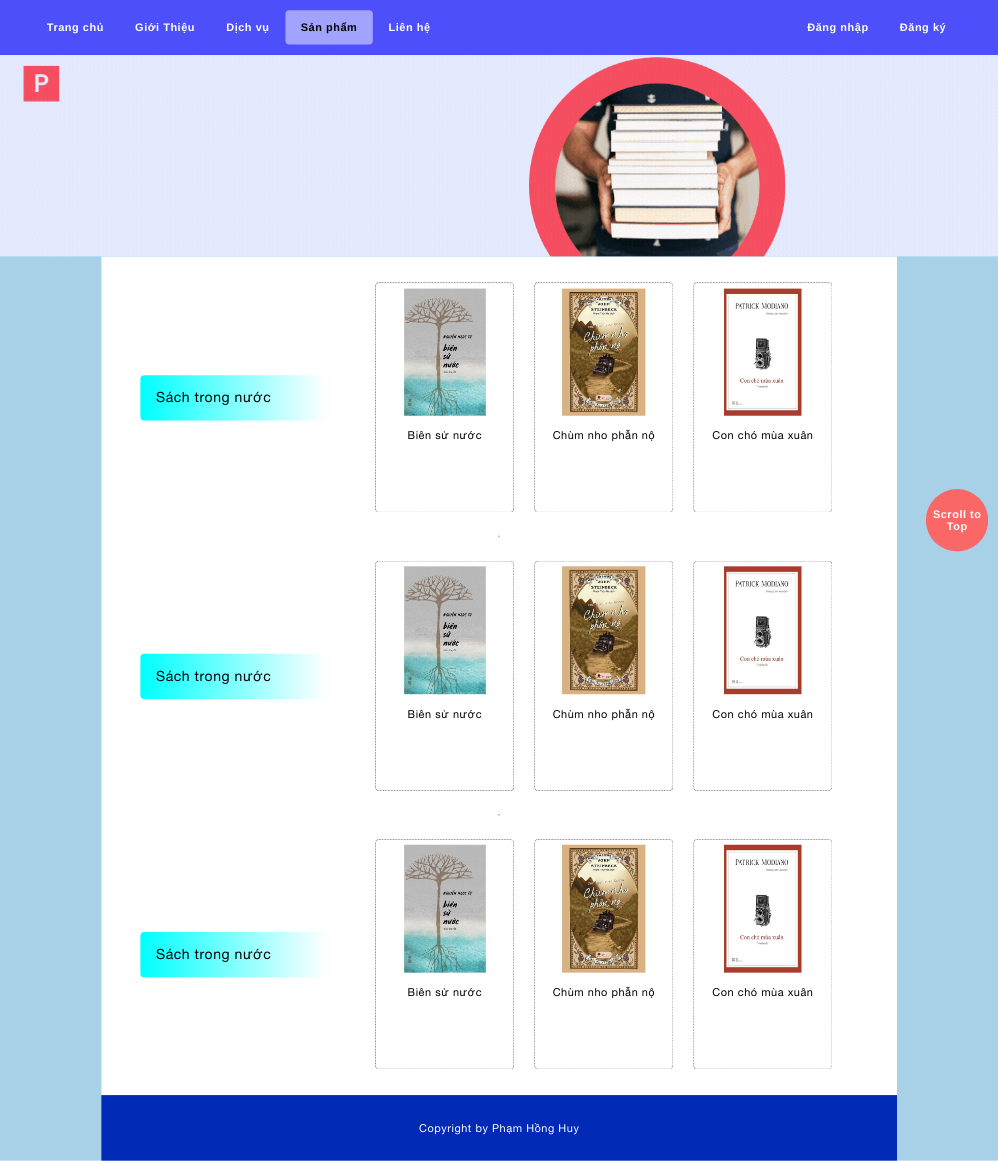
Repository: phamhonghuy/bookstore
Page: product.html
These files come from the project's save history. The page is drawn as it stood at one moment and after a run of saves; the edit follows.
The browser window is 1280 px wide. The pictures show the whole page, at 78% of full size.

Above is the page before, as saved 2021-10-14 23:26:38.

### product.html
<!DOCTYPE html>
<html lang="en">
<head>
    <meta charset="UTF-8">
    <title> Bookshop: Buy books online. Support local bookstores.</title>
    <link rel="stylesheet" href="css/style.css" type="text/css" />
    <link rel="shortcut icon" href="./image/Logo.png" />
</head>


<div class="navbar">
  <ul>
    <li><a href="./index.html">Trang chủ</a></li>
    <li><a href="./about.html">Giới Thiệu</a>
          <ul class="GT">
            <li><a href="#">Chính sách</a></li>
            <li><a href="#">Mua hàng</a></li>
            <li><a href="#">Thanh toán</a>
            </li>
          </ul>
    </li>
    <li><a href="./services.html">Dịch vụ</a>
        <ul class="GT">
        <li><a href="#">Đọc Online</a></li>
        <li><a href="#">Tư liệu</a></li>
        </li>
        </ul>
    </li>
    <li><a class="active" href="./product.html">Sản phẩm</a>
        <ul class="GT">
        <li><a href="#">Sách trong nước</a></li>
        <li><a href="#">Sách nước ngoài</a></li>
        <li><a href="#">Sách số</a>
        </li>
        </ul>
    </li>
    <li><a href="./contact.html">Liên hệ</a></li>
  </ul>
  <div class ="login">
      <ul>
        <li><a href="./login.html">Đăng nhập</a></li>
        <li><a href="./signup.html"> Đăng ký</a></li>
      </ul>
  </div>
</div>
  <div class="header">
    <h1></h1>

  </div>


  <div class="row">
  <div class="main-product-container">
    <div class="product-container">
      <div class="product-title"><p class="ebook-title-text">Sách trong nước</p></div>
      <div class="product-item">
        <div class="item">
          <a href="./item1.html"> <img src="./image/book1.jpg" alt="item1"></a>
          <p>Biên sử nước</p>
          <form>
            <button name="buy_button" type="submit" onclick="alert('Bấm vào bìa sách để xem chi tiết')" value="1">Tìm hiểu thêm</button>
          </form>
        </div>
        <div class="item">
          <a href="./item2.html"> <img src="./image/book2.jpg" alt="item1"></a>
          <p>Chùm nho phẫn nộ</p>
          <form>
            <button name="buy_button" type="submit" onclick="alert('Bấm vào bìa sách để xem chi tiết')" value="1">Tìm hiểu thêm</button>
          </form>
        </div>
        <div class="item">
          <a href="./item3.html"> <img src="./image/book3.jpg" alt="item1"></a>
          <p>Con chó mùa xuân</p>
          <form>
            <button name="buy_button" type="submit" onclick="alert('Bấm vào bìa sách để xem chi tiết')" value="1">Tìm hiểu thêm</button>
          </form>
        </div>
      </div>
    </div>
    <hr>
    <div class="product-container">
      <div class="product-title"><p class="ebook-title-text">Sách trong nước</p></div>
      <div class="product-item">
        <div class="item">
          <a href="./item1.html"> <img src="./image/book1.jpg" alt="item1"></a>
          <p>Biên sử nước</p>
          <form>
            <button name="buy_button" type="submit" onclick="alert('Bấm vào bìa sách để xem chi tiết')" value="1">Tìm hiểu thêm</button>
          </form>
        </div>
        <div class="item">
          <a href="./item2.html"> <img src="./image/book2.jpg" alt="item1"></a>
          <p>Chùm nho phẫn nộ</p>
          <form>
            <button name="buy_button" type="submit" onclick="alert('Bấm vào bìa sách để xem chi tiết')" value="1">Tìm hiểu thêm</button>
          </form>
        </div>
        <div class="item">
          <a href="./item3.html"> <img src="./image/book3.jpg" alt="item1"></a>
          <p>Con chó mùa xuân</p>
          <form>
            <button name="buy_button" type="submit" onclick="alert('Bấm vào bìa sách để xem chi tiết')" value="1">Tìm hiểu thêm</button>
          </form>
        </div>
      </div>
    </div>
    <hr>
    <div class="product-container">
      <div class="product-title"><p class="ebook-title-text">Sách trong nước</p></div>
      <div class="product-item">
        <div class="item">
          <a href="./item1.html"> <img src="./image/book1.jpg" alt="item1"></a>
          <p>Biên sử nước</p>
          <form>
            <button name="buy_button" type="submit" onclick="alert('Bấm vào bìa sách để xem chi tiết')" value="1">Tìm hiểu thêm</button>
          </form>
        </div>
        <div class="item">
          <a href="./item2.html"> <img src="./image/book2.jpg" alt="item1"></a>
          <p>Chùm nho phẫn nộ</p>
          <form>
            <button name="buy_button" type="submit" onclick="alert('Bấm vào bìa sách để xem chi tiết')" value="1">Tìm hiểu thêm</button>
          </form>
        </div>
        <div class="item">
          <a href="./item3.html"> <img src="./image/book3.jpg" alt="item1"></a>
          <p>Con chó mùa xuân</p>
          <form>
            <button name="buy_button" type="submit" onclick="alert('Bấm vào bìa sách để xem chi tiết')" value="1">Tìm hiểu thêm</button>
          </form>
        </div>
      </div>
    </div>

    <button onclick='window.scrollTo({top: 0, behavior: "smooth"});' class="scrollTotop">Scroll to Top</button>

  </div>

  <div class="footer">
    <p>Copyright by Phạm Hồng Huy</p>
  </div>

</html>

### css/style.css
html {
  scroll-behavior: smooth;
}
* {
    box-sizing: border-box;
    font-family: Helvetica;
    letter-spacing: 0.7px;
    font-size: 14px;
  }
  @font-face {
    font-family:Helvetica;
    src: url(/font/helveticaneue.ttf);
}


body {
    font-family:inherit;
    margin: auto;
    font-size: 1em;
    min-width: 1200px;
    background-color: #A8D0E6;

  }

.header {
    text-align: center;
    height: 25vmax;
    background: #42c9ff;
    color: white;
    background-image: url(../image/Banner.gif);
    background-repeat: no-repeat;
    background-size:cover;
    min-width: 900px;
    width: 100%;
  }

.navbar {
    display: flex;
    background-color: rgb(76, 79, 250);
    position:fixed;
    top: 0;
    width: 100%;
    height: 70px;
    align-items: center;
    z-index: 5;
  }
.navbar .active {
    background-color: rgb(161, 163, 255);
    color:#000;
    border-radius: 5px;
  }
.navbar div.login {
    display: flex;
    background-color: rgb(76, 79, 250);
    position:fixed;
    width: 300px;
    align-items: center;
    float: right;
    right: 5px;
  }

.navbar ul li a {
    color: white;
    padding: 14px 20px;
    text-decoration: none;
    text-align: center;
    font-weight: bold

  }
.navbar ul li ul li a {
    color: white;
    text-decoration: none;
    text-align: center;

  }
.navbar ul {
  display: flex;
  list-style-type: none;
  }

.navbar ul li:hover> ul {
  display: flex;
  visibility: visible;
  position: absolute;
  z-index: 3;
  overflow: hidden;
  animation: menuNar_Hover 0.5s;
  }
  @keyframes menuNar_Hover {
    from {background-color: #cfdef6; opacity: 0%;height: 0px;}
    to {background-color: #8fa5ff; opacity: 100%; height:150px;}
  }
.navbar ul a:hover {
    background:#c0cdff;
    color: #000;
    border-radius: 5px;
    animation-name: Navbar_Hover;
    animation-duration: 1.5s;

  }

  @keyframes Navbar_Hover {
    from {background-color: rgb(76, 79, 250);}
    to {background-color: #c0cdff;}
  }
  .navbar ul a:active {
    background-color: #c0cdff;
    color: #000;
    border-radius: 5px;

  }


.navbar ul li ul {
  display: flex;
  visibility: hidden;
  position: absolute;
  background:#8fa5ff;
  color: white;
  display: flex;
  flex-direction: column;
  top:60px;
  border-radius: 5px;
  list-style-type: none;
  padding-inline-start: 0px;
  height: 150px;
  margin:-5px auto;
  }

.navbar ul li ul li{
  margin: 15px;
  border-radius: 5px;
  }


.row {
    display: flex;
    flex-wrap: wrap;
    /* width: 90vmax; */
    margin: 0 130px 0;
    min-width: 900px;
  }

.side {
    flex: 30%;
    background-color: #f1f1f1;
    padding: 20px 0;
    z-index: 2;

  }
.side ul {
  list-style-type:none;
  width: 253px;
  }
.side li {
  list-style-type:none;
  }
.side li:hover> ul {
  opacity: 1;
  visibility: visible;
  animation: menuSide_Hover 0.5s linear;
  width: 230px;

  }
.side li:hover {
  background-color: #8fa5ff;
  animation-name: Side_Hover;
  animation-duration: 1.5s;
}

@keyframes menuSide_Hover {
  from {background-color: #cfdef6; opacity: 0%;width: 150px; }
  50% {width: 200px !important;}
  to {background-color: #8fa5ff; opacity: 100%; width: 230px;}
}
@keyframes Side_Hover {
  from {background-color: #cfdef6; color:#000;}
  to {background-color: #8fa5ff; color: #fff;}
}


.side ul li {
    padding: 10px;
    border-radius: 5px;
  }

.side ul ul {
  list-style-type:none;
  opacity: 0;
  visibility: hidden;
  position: absolute;
  left: 378px;
  margin: -26px 0 0 5px;
  padding-inline-start: 0;
  border-radius: 5px;
  overflow: hidden;
  text-overflow: ellipsis;
  }
.side ul ul li {
  background-color: #8fa5ff;
  margin:0;
  overflow: hidden;
  text-overflow: ellipsis;
  border-radius: 0%;
  }
.side ul ul li a {
  color: rgb(255, 255, 255);
  margin: 0;
  overflow: hidden;
  text-overflow: ellipsis;
  }

.side a {
  color: black;
  padding: 5px;
  }
.side a:link {
  text-decoration: none;
  }

.side ul {
    padding: 10px auto;
  }
.side ul li {
    padding: 10px auto;
    margin: 10px auto;
  }

.main {
    flex: 70%;
    display: flex;
    flex-direction: row;
    background-color: white;
    padding: 10px;
    flex-wrap: wrap;
  }
div.main-services {
    width: 100%;
    display: flex;
    flex-direction: column;
    background-color: white;
    padding: 10px;
    flex-wrap:nowrap;
  }
div.main-product-container {
    width: 100%;
    display: flex;
    flex-direction: column;
    background-color: white;
    padding: 10px;
    flex-wrap:nowrap;
  }
div.main-product-container {

  }
div.product-container {
    width: 100%;
    display: flex;
    flex-direction: row;
    background-color: white;
    padding: 10px;
    flex-wrap:nowrap;
  }
div.main-product-container div.product-item {
  width: 100%;
  display: flex;
  flex-direction: row;
  background-color: white;
  padding: 0 50px;
  flex-wrap:nowrap;

  }
  div.main-product-container div.product-title {
    width: 35%;
    border-radius: 5px;
    margin-top: auto;
    margin-bottom: auto;
    margin-left: 30px;
    background-image: linear-gradient(to right, aqua,white);
  }
  div.main-product-container div.product-title p {
    font-size: 18px;
    padding-left: 20PX;
  }
div.main-services div.ebook {
    width: 100%;
    display: flex;
    flex-direction: row;
    background-color: white;
    padding: 0 100px;
    flex-wrap:nowrap;
  }
div.main-services div.ebook-title {
    width: 90%;
    display: flex;
    flex-direction: row;
    background-color: rgb(21, 76, 255);
    margin-left: auto;
    margin-right: auto;
    border-radius: 5px;
  }
div.main-services div.ebook-title p.ebook-title-text{
  color: white;
  margin: 14px;
  font-size: 18px;
  font-weight: bold;
  }
div.main-services div.literary-material-item {
    width: 100%;
    display: flex;
    flex-direction: row;
    background-color: white;
    padding: 0 100px;
    flex-wrap:nowrap;
  }
div.main-services div.literary-material-title {
  width: 90%;
  display: flex;
  flex-direction: row;
  background-color: rgb(21, 76, 255);
  margin-left: auto;
  margin-right: auto;
  border-radius: 5px;
  }
div.main-services div.literary-material-title p {
  color: white;
  margin: 14px;
  font-size: 18px;
  font-weight: bold;
  }
div.main-services div.literary-material img {
  width:70%;
  }
div.main-about {
    display: flex;
    flex-direction: row;
    background-color: white;
    padding: 30px;
    flex-wrap: wrap;

  }
div.main-about div.about span {
  margin-left:30px;
  text-align: justify;
  }
div.main-about div.about div.img-about {
  text-align: center;
  }
div.main-about div.about div.img-about img.img-about {
  width:80%;
  margin-left:40px;
  margin-right:40px;
  }
div.item {
    flex: 25%;
    border: 1px dotted rgb(93, 91, 91);
    border-radius: 5px;
    margin: 1vmax;
    padding:0.5vmax;
    text-align: center;
    font-size: 1em;
    display: block;
    position: relative;
  }
div.item-details {
    flex: 25%;
    /* border: 1px dotted rgb(93, 91, 91); */
    border-radius: 5px;
    margin: 1vmax;
    padding:0.5vmax;
    text-align: center;
    font-size: 1em;
    display: block;
    position: relative;
  }
div.item:hover {
  animation: Box-item-transform 0.5s;
  box-shadow: 5px 5px #808080;
  }
div.item-details:hover {
  animation: Box-item-details-transform 0.5s;
  }
  @keyframes Box-item-transform{
    from {  transform:scale(1);}
    50% {transform:scale(1.05);}
    to {  transform:scale(1);
      box-shadow: 5px 5px #808080 ; }

  }
  @keyframes Box-item-details-transform{
    from {  transform:scale(1);}
    50% {transform:scale(1.05);}
    to {  transform:scale(1);; }

  }
div.item:hover > form button {
  animation: Item_Hover 0.5s;
  visibility:visible;
  }
div.item-details:hover > form button {
  animation: Item_Hover 0.5s;
  visibility:visible;
  }
  @keyframes Item_Hover {
    from { color:#000; height: 0; transform: translateY(100%)}
    to { height: 70px;transform: translateY(0)}
  }

div.item form button  {
  height: 70px;
  width: 99%;
  background-color: rgb(245, 232, 190);
  visibility: hidden;
  color:#f00;
  font-size: large;
  font-weight: bold;
  border:none ;
  }
div.item-details form button  {
  height: 70px;
  width: 99%;
  background-color: rgb(245, 232, 190);
  visibility: hidden;
  color:#f00;
  font-size: large;
  font-weight: bold;
  border:none ;
  }

div.item img {
    width: 100%;
  }
div.item-details img {
    width: 100%;
  }
.block-gia {
  margin: 10px auto;
}
.gia-ban {
    color: #ff0000;
}
.gia-cu {
  font-size: 13px;
  color: #808080;
}


button.scrollTotop{
  position: fixed;
  right: 1vmax;
  bottom: 1vmax;
  height: 80px;
  width: 80px;
  border-radius: 50%;
  border:none;
  background-color: rgb(250, 103, 103);
  color:white;
  font-weight: bold;

}

div.details {
  width: 50%;
}
div.details p.book-name {
  text-align: center;
  font-size: large;
  font-weight: bold;
}
div.details p.book-author {
  text-align: center;
}
div.details div.book-description {
  height: 600px;
}
div.details p.book-description {
  text-indent: 30px;
  text-align: justify;
  margin-right: 20px;
}

div.star {
width: 100%;
height: 15px;
display: flex;
justify-content: center;

}

.ratingStar {
  width: 15px;
  height: 15px;
  float: left;
  background-repeat: no-repeat;
  background-image: url(../image/star.png);
  font-size: 0;
  background-size: 15px;
}
.more-item {
  flex: 70%;
  display: flex;
  flex-direction: row;
  background-color: white;
  padding: 10px;
  flex-wrap: wrap;
}
#more-item {
  width:100% ;
  font-weight: bold;
}
div.main button.scrollTotop:hover {
animation:scrolltotop 1s ;
transition: width 0.5ss;
animation-direction: reverse;
}
@-webkit-keyframes scrolltotop {
  from{ background :rgb(250, 103, 103); }
  to  {background :rgb(95, 175, 250);  box-shadow: 5px 5px #808080;}
}
.footer {
  color: white;
    padding: 20px;
    text-align: center;
    background: rgb(0, 42, 182);
    width: 100%;
}

  @media screen and (max-width: 700px) {
    .row, .navbar {
      flex-direction: column;
    }
  }

After the next 10 saves:
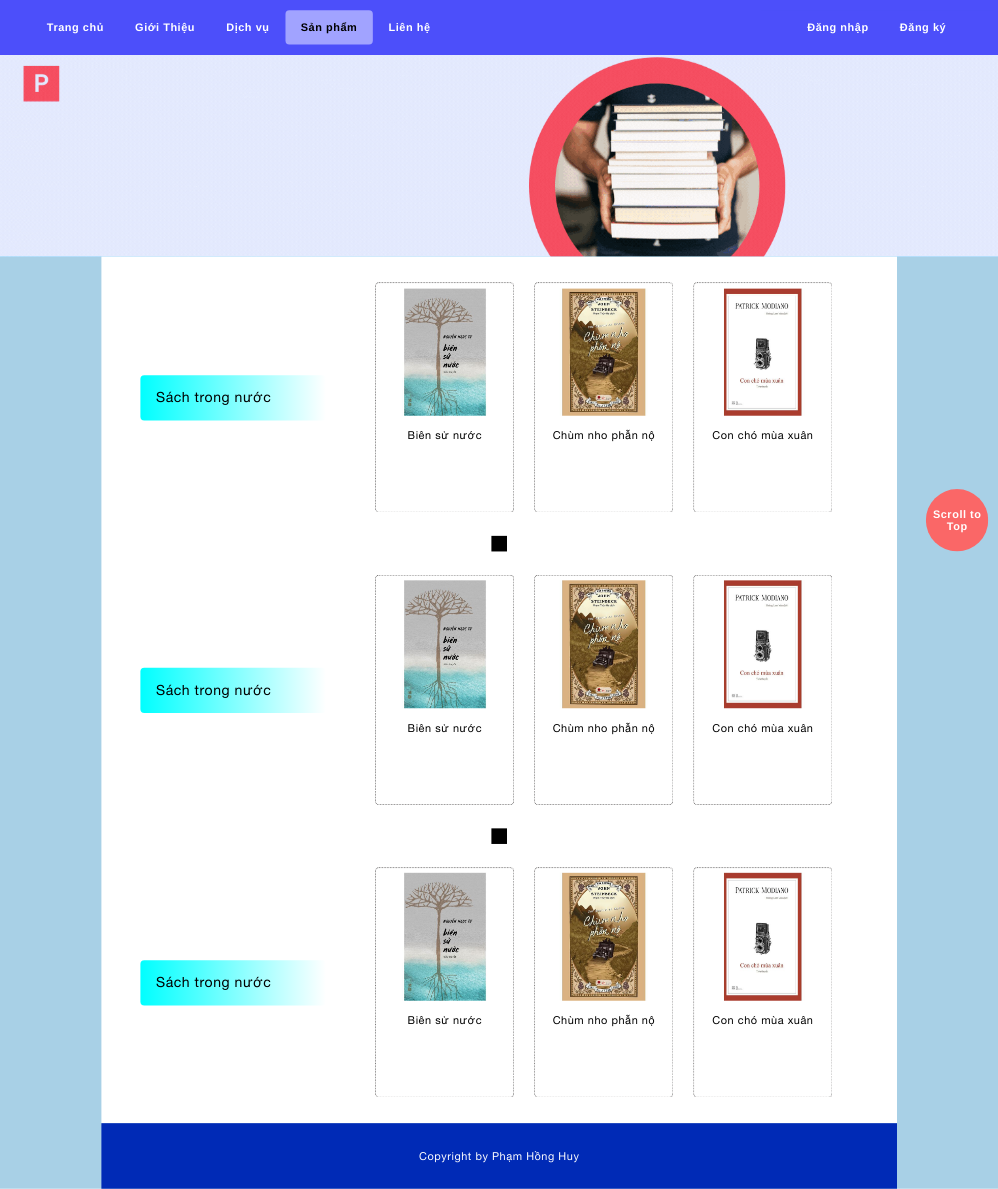
The 10 saves are shown as one change because they came seconds apart.
The last was saved 27 s later.
--- a/css/style.css
+++ b/css/style.css
@@ -250,8 +250,8 @@ div.main-product-container {
     padding: 10px;
     flex-wrap:nowrap;
   }
-div.main-product-container {
-
+div.main-product-container hr{
+  border: 10px solid rgb(0, 0, 0);
   }
 div.product-container {
     width: 100%;
